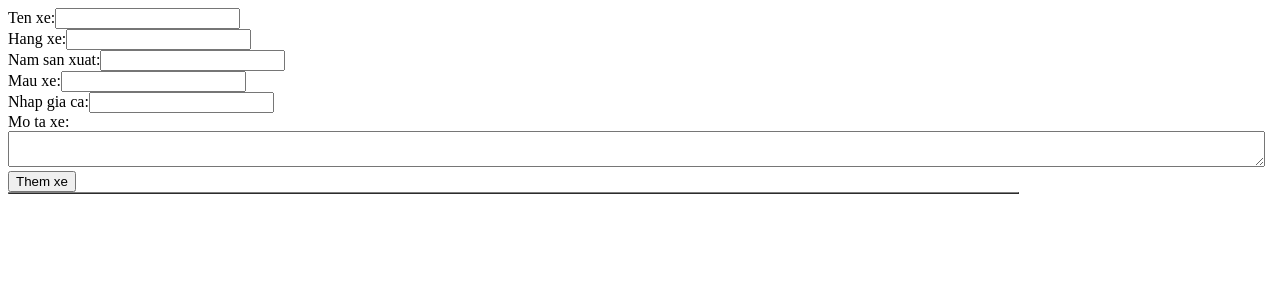
Repository: vule2809/LTW-20146307
Page: http://localhost/A-banxemay/views/product/addProduct.jsp
These files come from the project's save history. The page is drawn as it stood at one moment and after the next save; the edit follows.
The browser window is 1280 px wide. The pictures show the whole page.
The page is served by Tomcat 9. Nobody is signed in. The application's start-up code is not run. Other server files are loaded and not shown.

Above is the page before, as saved 2023-12-05 06:03:23.

### A-banxemay/src/main/webapp/views/product/addProduct.jsp
<%@ page language="java" contentType="text/html; charset=UTF-8"
	pageEncoding="UTF-8"%>
<%@ taglib uri="http://java.sun.com/jsp/jstl/core" prefix="c"%>
<!DOCTYPE html>
<html>
<head>
<meta charset="UTF-8">
<title>ADD MOTORCYCLE</title>
</head>
<body>
	<table border="1" style="width: 80%">
		<form action="add" method="post">
			<label>Ten xe:</label> <input type="text" name="ProductName"><br>
			<label>Hang xe:</label> <input type="text" name="Brand"><br>
			<label>Nam san xuat:</label> <input type="text" name="Year"><br>
			<label>Mau xe:</label> <input type="text" name="Color"><br>
			<label>Nhap gia ca:</label> <input type="text" name="Price"><br>
			<label>Mo ta xe:</label>
			<textarea name="Description" cols="5" class="form-control"
				style="width: 99%;"></textarea>
			<br> <input type="submit" value="Them xe">
		</form>
	</table>

</body>
</html>

After the next save:
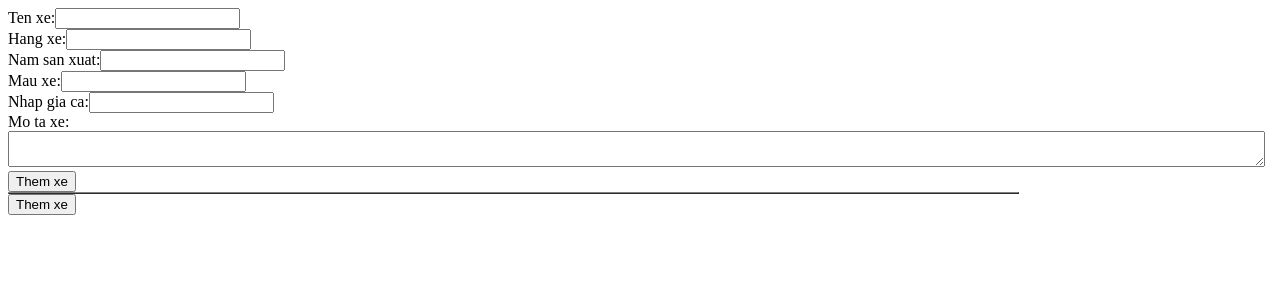
Saved 52 s later.
--- a/A-banxemay/src/main/webapp/views/product/addProduct.jsp
+++ b/A-banxemay/src/main/webapp/views/product/addProduct.jsp
@@ -18,9 +18,12 @@
 			<label>Mo ta xe:</label>
 			<textarea name="Description" cols="5" class="form-control"
 				style="width: 99%;"></textarea>
-			<br> <input type="submit" value="Them xe">
+			<br>
+			<input type="submit" value="Them xe">
 		</form>
 	</table>
-
+<form action="add">
+		<input type="submit" value="Them xe">
+	</form>
 </body>
 </html>
